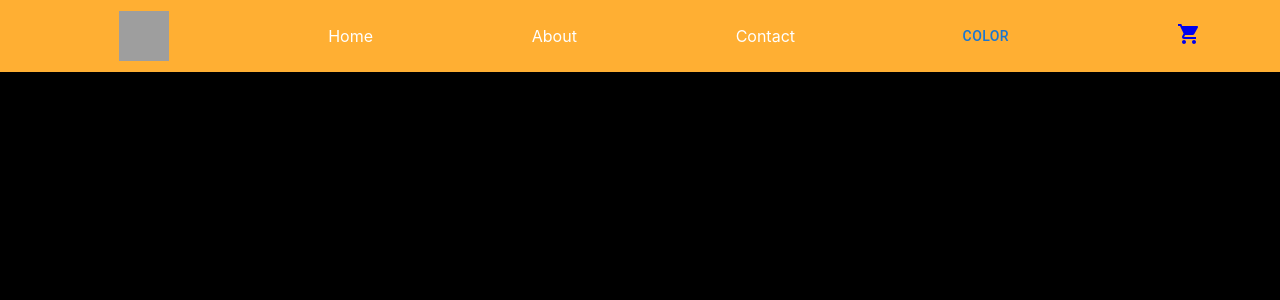
Repository: Toydrum/React-Hector-Coronado-EntregaFinal
Page: /
These files come from the project's save history. The page is drawn as it stood at one moment and after the next save; the edit follows.
The browser window is 1280 px wide. The pictures show the whole page.
Pictures or frames that could not be fetched are drawn as grey boxes. The page's requests for data from a server got no answer. The project was rebuilt for these pictures with package versions that can differ from the ones it lists, and the page was loaded fresh each time. No one was signed in, and anything a server would have sent is missing. Also part of the build but not shown: vite.config.js, src/components/CardUser/CardUser.jsx, src/pages/ContactPage/ContactPage.jsx, src/pages/AboutPage/AboutPage.jsx, src/pages/DetailPage/DetailPage.jsx, src/pages/ShopPage/ShopPage.jsx.

Above is the page before, as saved 2023-07-16 17:34:52.

After the next save:
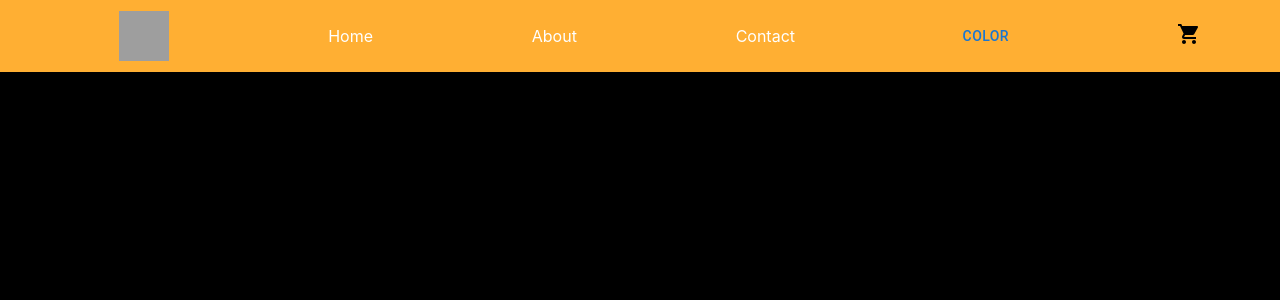
Saved 60 s later.
--- a/src/components/CartWidget/CartWidget.jsx
+++ b/src/components/CartWidget/CartWidget.jsx
@@ -5,9 +5,7 @@ import { Link } from "react-router-dom";
 const CartWidget = () => {
   return (
     <div style={{ color: "black" }}>
-      <Link>
-        <ShoppingCartIcon />
-      </Link>
+      <ShoppingCartIcon />
     </div>
   );
 };
